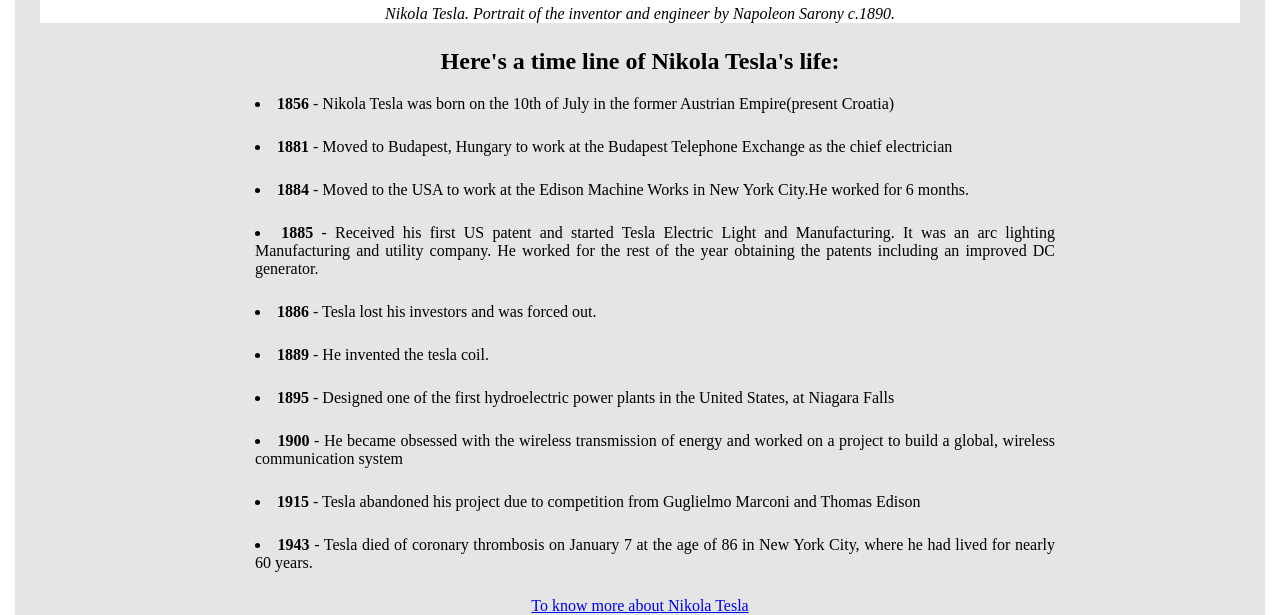
Repository: Avishka217/Tribute-Page
Page: index.html
An editor plug-in stored every save of this project. The page is shown before and after the next save, followed by the edit.
The browser window is 1280 px wide. The pictures show the part of the page from y = 576 to 1191 px (the page is 1191 px tall).
A picture or video elsewhere on the page could not be fetched, so the positions and the page height are approximate.

Above is the page before, as saved 2020-03-18 19:47:17.

### index.html
<!DOCTYPE html>
<html>

<head>
    <link rel="stylesheet" href="styles.css">
    <link href="https://fonts.googleapis.com/css?family=Libre+Baskerville&display=swap" rel="stylesheet">
    <title>Nikola Tesla | Tribute Page</title>
</head>

<body>
    <div id="header">
        <script src="https://cdn.freecodecamp.org/testable-projects-fcc/v1/bundle.js"></script>
    </div>
    <main id="main">
        <div id="title-content">
            <h1 id="title">NIKOLA TESLA</h1>
            <p>The genius who lit the world</p>
        </div>
        <div id="main-content">
            <figure id="img-div">
                <center><img id="image" src="https://www.hands-free.co.uk/wp-content/uploads/2018/06/nikola-tesla.jpg">
                </center>
                <figcaption id="img-caption">Nikola Tesla. Portrait of the inventor and engineer by Napoleon Sarony
                    c.1890.</figcaption>
            </figure>

        </div>
        <div id="tribute-info">
            <h2>Here's a time line of Nikola Tesla's life:</h2>

            <ul id="lists">
                <li><b>1856</b> - Nikola Tesla was born on the 10th of July in the former Austrian Empire(present
                    Croatia)</li>
                <li><b>1881</b> - Moved to Budapest, Hungary to work at the Budapest Telephone Exchange as the chief
                    electrician</li>
                <li><b>1884</b> - Moved to the USA to work at the Edison Machine Works in New York City.He worked for 6
                    months.
                </li>
                <li><b>1885</b> - Received his first US patent and started Tesla Electric Light and Manufacturing. It
                    was an arc lighting Manufacturing
                    and utility company. He worked for the rest of the year obtaining the patents including an improved
                    DC generator.</li>
                <li><b>1886</b> - Tesla lost his investors and was forced out.</li>
                <li><b>1889</b> - He invented the tesla coil.</li>
                <li><b>1895</b> - Designed one of the first hydroelectric power plants in the United States, at Niagara
                    Falls</li>
                <li><b>1900</b> - He became obsessed with the wireless transmission of energy and worked on a project to
                    build a global, wireless communication system</li>
                <li><b>1915</b> - Tesla abandoned his project due to competition from Guglielmo Marconi and Thomas
                    Edison</li>
                <li><b>1943</b> - Tesla died of coronary thrombosis on January 7 at the age of 86 in New York City,
                    where he had lived for nearly 60 years. </li>
            </ul>
            <a id="tribute-link" target="_blank" href="https://en.wikipedia.org/wiki/Nikola_Tesla">To know more about
                Nikola Tesla</a>
        </div>
    </main>

</body>

</html>

### styles.css
body{
  overflow-x: hidden;
  margin: 0 auto;
  width: 100%;
}
#header{
width: 100%;
  background-color:hsl(240, 80%, 8%);
  height: 60px;


}

#main{
  display: block;

  position: absolute;
  right: 0;
  left: 0;
  margin: 0px 15px;
  padding-top: 10px;
  background-color: rgb(0, 0, 0, 0.1);
  text-align: center;

}

#title-content{
  padding-top:  25px;
  text-align: center;
}
#title-content p{
  font-family: Helvetica, sans-serif
}
#main-content{
  padding-top: 30px;
  margin: 25px;
  background-color:white;
}

#title{
  position: relative;
  font-family:'Libre Baskerville', serif;
  font-size: 30px;
  text-align: center;
  margin-top: 15px;;

}


#image{
  display: block;
  max-width: 100%;
  height: auto;
  margin-bottom: 25px;

}
@media(min-width: 525px){
  #image{
    width:400px;
  }
}

#img-caption{
  text-align: center;
  font-style: italic;
}


#lists{
  display: block;
  left: 50px;
}
#tribute-info{

  display: block;
  width: 100%;
  position: relative;
  text-align: center;
  list-style-position: inside;



}

#tribute-info ul{

  padding-right: 10px;;
  width:800px;
  margin: auto;
  text-align: justify;

}
@media(max-width: 800px){
  #tribute-info  ul{
    width:auto;
  }
}
#tribute-info  li{


  margin-bottom: 25px;
}

After the next save:
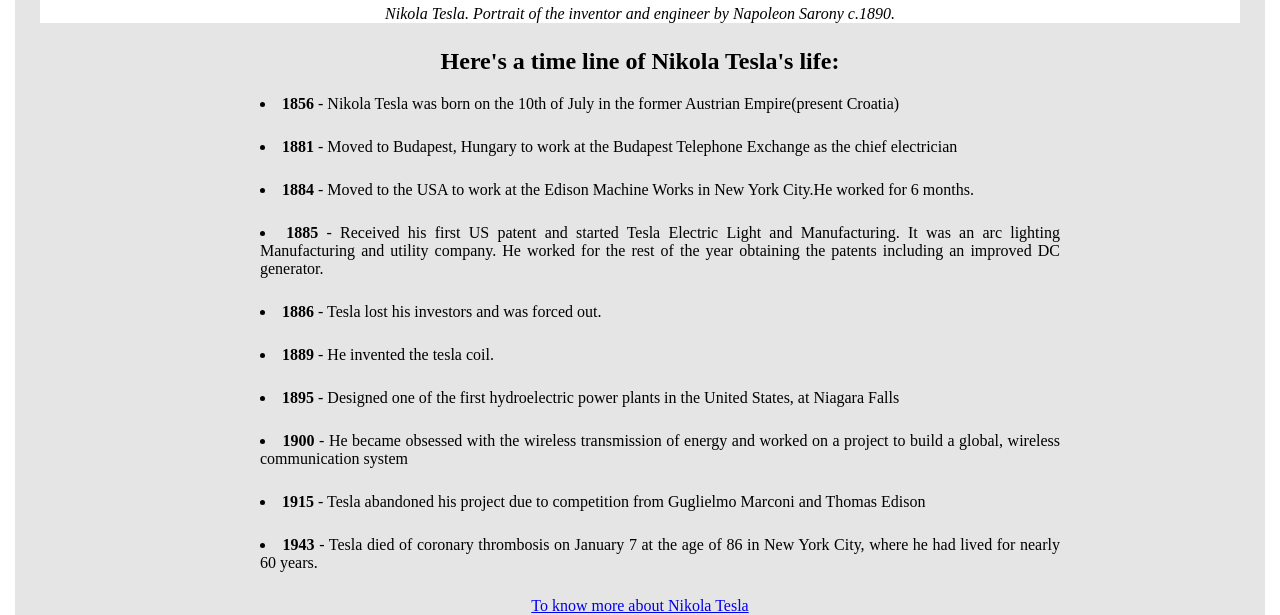
Saved 14 s later.
--- a/styles.css
+++ b/styles.css
@@ -67,8 +67,8 @@
 
 
 #lists{
-  display: block;
-  left: 50px;
+
+  padding-left: 50px;
 }
 #tribute-info{
 

After the save that followed:
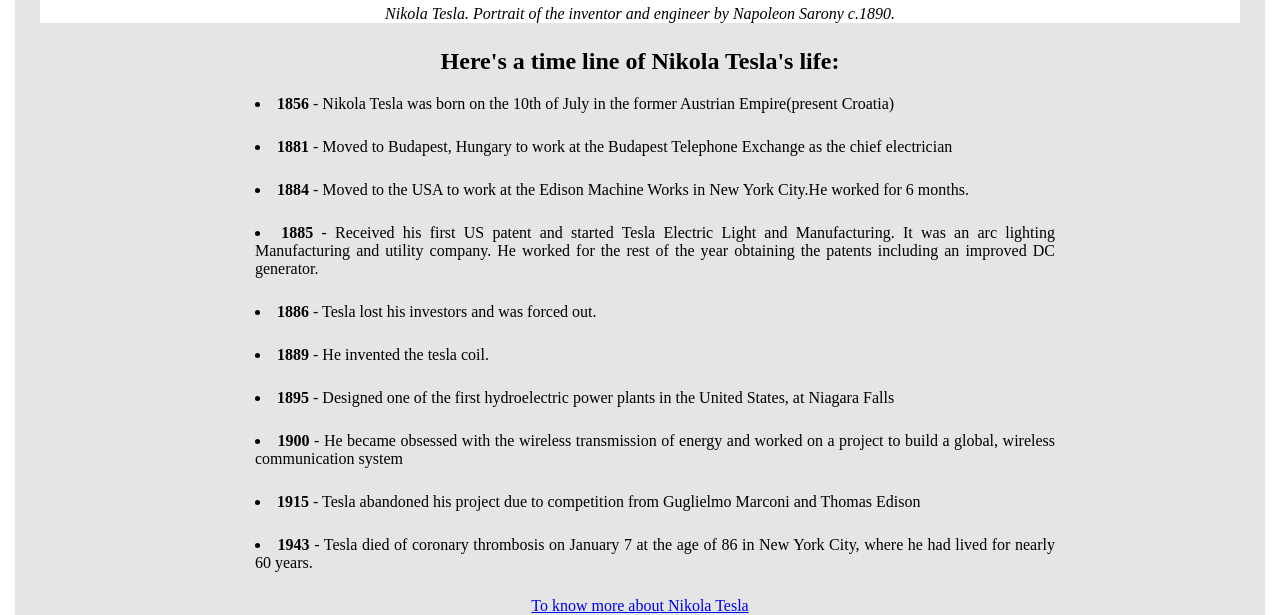
Saved 14 s later.
--- a/styles.css
+++ b/styles.css
@@ -66,10 +66,7 @@
 }
 
 
-#lists{
 
-  padding-left: 50px;
-}
 #tribute-info{
 
   display: block;
@@ -97,6 +94,6 @@
 }
 #tribute-info  li{
 
-
+  left: 10px;
   margin-bottom: 25px;
 }
